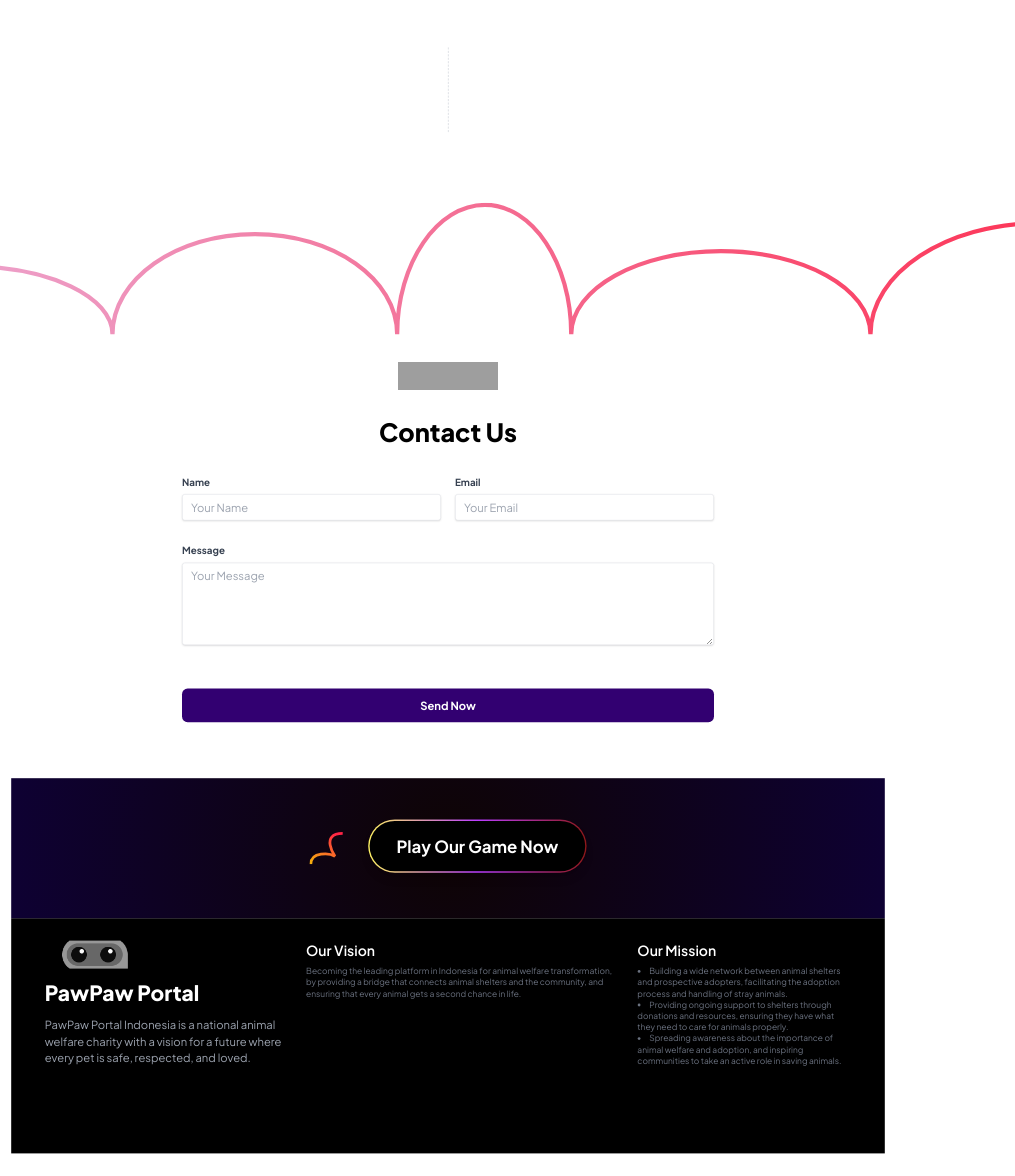
Repository: paskasiregar/pawpawwebsite
Page: /
An editor plug-in stored every save of this project. The page is shown before and after the next save, followed by the edit.
The browser window is 1280 px wide. The page is 1450 px wide, so the pictures cover 1450 px, including what lies to the right of the window. The pictures show the part of the page from y = 1554 to 3234 px (the page is 3234 px tall), at 70% of full size.
Pictures or frames that could not be fetched are drawn as grey boxes. The project was rebuilt for these pictures with package versions that can differ from the ones it lists, and the page was loaded fresh each time. The framework's server and built-in components were replaced by stand-ins that run in the browser. Also part of the build but not shown: next.config.js, next.config.mjs.

Above is the page before, as saved 2024-07-30 20:34:14.

### src/app/globals.css
@import url("https://fonts.googleapis.com/css2?family=Plus+Jakarta+Sans:wght@400;600;700;800&display=swap");

@tailwind base;
@tailwind components;
@tailwind utilities;

body {
  font-family: "Plus Jakarta Sans", sans-serif;
}

.hero-bg {
  display: flex;
  background: radial-gradient(
    circle,
    rgb(204, 188, 230) 10%,
    rgb(255, 255, 255) 50%
  );
}

.cta-container {
  display: flex;
  justify-content: center;
  align-items: center;
  position: relative;
  background: radial-gradient(circle, rgb(14, 4, 4) 0%, rgb(14, 1, 51) 100%);
  padding: 20px;
  gap: 20px;
  min-height: 200px;
}

.cta-button {
  display: inline-block;
  padding: 20px 40px;
  font-size: 24px;
  font-weight: bold;
  color: white;
  background: black;
  border-radius: 40px;
  position: relative;
  z-index: 1;
  overflow: hidden;
  transition: all 0.3s ease;
  text-align: center;
}

.cta-button::before {
  content: "";
  position: absolute;
  top: -2px;
  left: -2px;
  right: -2px;
  bottom: -2px;
  background: linear-gradient(
    90deg,
    rgb(255, 244, 97) 0%,
    rgb(187, 61, 255) 50%,
    rgb(142, 23, 23) 100%
  );
  z-index: -1;
  border-radius: inherit;
}

.cta-button::after {
  content: "";
  position: absolute;
  top: 2px;
  left: 2px;
  right: 2px;
  bottom: 2px;
  background: black;
  z-index: -1;
  border-radius: inherit;
}

.cta-button:hover {
  color: rgb(237, 246, 133);
  background: white;
}

.footer-bg {
  background: radial-gradient(circle, rgb(14, 4, 4) 0%, rgb(14, 1, 51) 100%);
  color: white;
  text-align: center;
  padding: 20px;
}

.centeredcontainer {
  width: 100vw;
  height: auto;
}

.main-container {
  width: 100%;
  max-width: 1200px;
  margin: 0 auto;
  padding: 0 20px;
}
.header-content {
  display: flex;
  flex-direction: row;
  align-items: center;
  justify-content: space-between;
}

.header-logo-button {
  display: flex;
  flex-direction: row;
  align-items: center;
  gap: 16px; /* Adjust spacing as needed */
}

### src/components/contact.jsx
import React from "react";
import PrimaryButton from "@/components/primaryButton";
import NameInput from "./nameInput";
import EmailInput from "./emailInput";
import MessageInput from "./mesageInput";

export const Contact = () => {
  return (
    <div className="font-plus-jakarta flex flex-col items-center justify-center py-16 px-4 md:px-[200px] gap-[40px] text-29xl">
      <div className="flex justify-start items-start">
        <svg
          width="1620"
          height="188"
          viewBox="0 0 1620 188"
          fill="none"
          xmlns="http://www.w3.org/2000/svg"
        >
          <path
            d="M1891 188C1891 100.375 1784.67 29.342 1653.5 29.342C1522.34 29.342 1413.53 100.375 1413.53 188C1413.53 122.37 1317.84 69.158 1199.78 69.158C1081.72 69.158 986.029 122.362 986.029 188C986.029 85.8274 930.825 3 862.735 3C794.645 3 737.369 85.8274 737.369 188C737.369 108.853 646.33 44.6865 534.029 44.6865C421.728 44.6865 330.689 108.853 330.689 188C330.689 134.381 239.649 90.9105 127.349 90.9105C15.0481 90.9105 -76 134.381 -76 188"
            stroke="url(#paint0_linear_545_35799)"
            stroke-width="6"
            stroke-miterlimit="10"
            stroke-linejoin="bevel"
          />
          <defs>
            <linearGradient
              id="paint0_linear_545_35799"
              x1="-84.5283"
              y1="91.1699"
              x2="1899.52"
              y2="91.1699"
              gradientUnits="userSpaceOnUse"
            >
              <stop offset="0.0224" stop-color="#EBADD7" />
              <stop offset="1" stop-color="#FF2445" />
            </linearGradient>
          </defs>
        </svg>
      </div>
      <img
        className="w-36 h-10 object-cover"
        alt="Logo"
        src="https://i.ibb.co.com/wyKQbSt/banner-10.png"
      />
      <div className="flex justify-center text-4xl font-extrabold space-y-4">
        Contact Us
      </div>
      <div className="w-full flex flex-col items-start gap-[16px] text-base text-light-l800 font-regular-reg-2">
        <div className="w-full flex flex-col md:flex-row gap-[20px]">
          <div className="w-full md:w-1/2">
            <NameInput className="w-full" />
          </div>
          <div className="w-full md:w-1/2">
            <EmailInput className="w-full" />
          </div>
        </div>
        <div className="w-full">
          <MessageInput className="w-full" />
        </div>
      </div>
      <PrimaryButton>Send Now</PrimaryButton>
    </div>
  );
};

export default Contact;

### src/components/divider.jsx
export const Divider = () => {
  return (
    <div className="self-stretch h-[195px] flex flex-row items-center justify-center py-16 px-[130px] box-border">
      <div className="w-px relative box-border h-[121px] border-r-[1px] border-dashed border-gray-300" />
    </div>
  );
};

### src/components/footer.jsx
import Link from "next/link";
import React from "react";
import Image from "next/image";
import logoFooterImage from "../assets/inverse.png";

export const Footer = () => {
  return (
    <div className="font-plus-jakarta w-full flex bg-black">
      <div className="font-plus-jakarta w-full flex flex-col items-center bg-black py-8 px-4">
        <div className="max-w-6xl w-full mx-auto space-y-6">
          {/* Footer Header */}
          <div className="flex flex-col md:flex-row items-center md:items-start md:justify-between mb-6">
            <div className="space-y-4">
              <Image
                className="w-36 h-10 object-cover"
                alt="Logo"
                src={logoFooterImage}
                width={80}
                height={80}
              />
              <div className="space-y-4">
                <div className="text-white text-3xl font-extrabold">
                  PawPaw Portal
                </div>
                <p className="text-med text-gray-400">
                  PawPaw Portal Indonesia is a national animal welfare charity
                  with a vision for a future where every pet is safe, respected,
                  and loved.
                </p>
              </div>
            </div>

            {/* Vision and Mission */}
            <div className="flex flex-col md:flex-row mt-4 md:mt-0 space-y-4 md:space-y-0 md:space-x-8">
              <div className="space-y-2">
                <div className="font-semibold text-xl text-white">
                  Our Vision
                </div>
                <div className="text-xs text-gray-500">
                  Becoming the leading platform in Indonesia for animal welfare
                  transformation, by providing a bridge that connects animal
                  shelters and the community, and ensuring that every animal
                  gets a second chance in life.
                </div>
              </div>
              <div className="space-y-2">
                <div className="font-semibold text-xl text-white">
                  Our Mission
                </div>
                <div className="text-xs text-gray-500">
                  <ol className="list-inside list-disc">
                    <li>
                      Building a wide network between animal shelters and
                      prospective adopters, facilitating the adoption process
                      and handling of stray animals.
                    </li>
                    <li>
                      Providing ongoing support to shelters through donations
                      and resources, ensuring they have what they need to care
                      for animals properly.
                    </li>
                    <li>
                      Spreading awareness about the importance of animal welfare
                      and adoption, and inspiring communities to take an active
                      role in saving animals.
                    </li>
                  </ol>
                </div>
              </div>
            </div>
          </div>
          {/* social media */}
          <div className="text-xl font-semibold mb-4">Stay in touch</div>
          <div className="flex space-x-4">
            <Link href="https://www.instagram.com/pawpawportal">
              <svg
                xmlns="http://www.w3.org/2000/svg"
                width="1em"
                height="1em"
                viewBox="0 0 24 24"
              >
                <path
                  fill="currentColor"
                  d="M17.34 5.46a1.2 1.2 0 1 0 1.2 1.2a1.2 1.2 0 0 0-1.2-1.2m4.6 2.42a7.59 7.59 0 0 0-.46-2.43a4.94 4.94 0 0 0-1.16-1.77a4.7 4.7 0 0 0-1.77-1.15a7.3 7.3 0 0 0-2.43-.47C15.06 2 14.72 2 12 2s-3.06 0-4.12.06a7.3 7.3 0 0 0-2.43.47a4.78 4.78 0 0 0-1.77 1.15a4.7 4.7 0 0 0-1.15 1.77a7.3 7.3 0 0 0-.47 2.43C2 8.94 2 9.28 2 12s0 3.06.06 4.12a7.3 7.3 0 0 0 .47 2.43a4.7 4.7 0 0 0 1.15 1.77a4.78 4.78 0 0 0 1.77 1.15a7.3 7.3 0 0 0 2.43.47C8.94 22 9.28 22 12 22s3.06 0 4.12-.06a7.3 7.3 0 0 0 2.43-.47a4.7 4.7 0 0 0 1.77-1.15a4.85 4.85 0 0 0 1.16-1.77a7.59 7.59 0 0 0 .46-2.43c0-1.06.06-1.4.06-4.12s0-3.06-.06-4.12M20.14 16a5.61 5.61 0 0 1-.34 1.86a3.06 3.06 0 0 1-.75 1.15a3.19 3.19 0 0 1-1.15.75a5.61 5.61 0 0 1-1.86.34c-1 .05-1.37.06-4 .06s-3 0-4-.06a5.73 5.73 0 0 1-1.94-.3a3.27 3.27 0 0 1-1.1-.75a3 3 0 0 1-.74-1.15a5.54 5.54 0 0 1-.4-1.9c0-1-.06-1.37-.06-4s0-3 .06-4a5.54 5.54 0 0 1 .35-1.9A3 3 0 0 1 5 5a3.14 3.14 0 0 1 1.1-.8A5.73 5.73 0 0 1 8 3.86c1 0 1.37-.06 4-.06s3 0 4 .06a5.61 5.61 0 0 1 1.86.34a3.06 3.06 0 0 1 1.19.8a3.06 3.06 0 0 1 .75 1.1a5.61 5.61 0 0 1 .34 1.9c.05 1 .06 1.37.06 4s-.01 3-.06 4M12 6.87A5.13 5.13 0 1 0 17.14 12A5.12 5.12 0 0 0 12 6.87m0 8.46A3.33 3.33 0 1 1 15.33 12A3.33 3.33 0 0 1 12 15.33"
                />
              </svg>
            </Link>
            <Link href="https://twitter.com/pawpawportal">
              <svg
                xmlns="http://www.w3.org/2000/svg"
                width="1em"
                height="1em"
                viewBox="0 0 24 24"
              >
                <g fill="currentColor">
                  <path d="M1 2h2.5L3.5 2h-2.5z">
                    <animate
                      fill="freeze"
                      attributeName="d"
                      dur="0.4s"
                      values="M1 2h2.5L3.5 2h-2.5z;M1 2h2.5L18.5 22h-2.5z"
                    />
                  </path>
                  <path d="M5.5 2h2.5L7.2 2h-2.5z">
                    <animate
                      fill="freeze"
                      attributeName="d"
                      dur="0.4s"
                      values="M5.5 2h2.5L7.2 2h-2.5z;M5.5 2h2.5L23 22h-2.5z"
                    />
                  </path>
                  <path d="M3 2h5v0h-5z" opacity="0">
                    <set attributeName="opacity" begin="0.4s" to="1" />
                    <animate
                      fill="freeze"
                      attributeName="d"
                      begin="0.4s"
                      dur="0.4s"
                      values="M3 2h5v0h-5z;M3 2h5v2h-5z"
                    />
                  </path>
                  <path d="M16 22h5v0h-5z" opacity="0">
                    <set attributeName="opacity" begin="0.4s" to="1" />
                    <animate
                      fill="freeze"
                      attributeName="d"
                      begin="0.4s"
                      dur="0.4s"
                      values="M16 22h5v0h-5z;M16 22h5v-2h-5z"
                    />
                  </path>
                  <path d="M18.5 2h3.5L22 2h-3.5z" opacity="0">
                    <set attributeName="opacity" begin="0.5s" to="1" />
                    <animate
                      fill="freeze"
                      attributeName="d"
                      begin="0.5s"
                      dur="0.4s"
                      values="M18.5 2h3.5L22 2h-3.5z;M18.5 2h3.5L5 22h-3.5z"
                    />
                  </path>
                </g>
              </svg>
            </Link>
            <Link href="https://www.linkedin.com/company/pawpawportal">
              <svg
                xmlns="http://www.w3.org/2000/svg"
                width="1em"
                height="1em"
                viewBox="0 0 24 24"
              >
                <path
                  fill="currentColor"
                  d="M20.47 2H3.53a1.45 1.45 0 0 0-1.47 1.43v17.14A1.45 1.45 0 0 0 3.53 22h16.94a1.45 1.45 0 0 0 1.47-1.43V3.43A1.45 1.45 0 0 0 20.47 2M8.09 18.74h-3v-9h3ZM6.59 8.48a1.56 1.56 0 1 1 0-3.12a1.57 1.57 0 1 1 0 3.12m12.32 10.26h-3v-4.83c0-1.21-.43-2-1.52-2A1.65 1.65 0 0 0 12.85 13a2 2 0 0 0-.1.73v5h-3v-9h3V11a3 3 0 0 1 2.71-1.5c2 0 3.45 1.29 3.45 4.06Z"
                />
              </svg>
            </Link>
          </div>
        </div>
      </div>
    </div>
  );
};

export default Footer;

### src/components/header.jsx
import Link from "next/link";
import PrimaryButton from "@/components/primaryButton";
import React from "react";
import Image from "next/image";
import logoHeaderImage from "../assets/banner-10.png";

export const Header = () => {
  return (
    <div className="font-plus-jakarta w-full flex flex-col items-center justify-center text-left text-gray-500">
      <div className="self-stretch bg-white flex flex-col items-center justify-center text-sm">
        <div className="w-full header-content p-2.5 box-border">
          <Link href="/">
            <Image
              className="w-36 h-10 object-cover"
              alt="Logo"
              src={logoHeaderImage}
              width={120}
              height={20}
            />
          </Link>
          <div className="hidden md:flex flex-row items-center justify-center gap-8">
            <div className="relative">How It Works</div>
            <div className="relative">About Us</div>
          </div>
          <div className="header-logo-button">
            <PrimaryButton>Be Our Hero Today!</PrimaryButton>
          </div>
        </div>
      </div>
    </div>
  );
};

export default Header;

### src/components/CTA.jsx
import React from "react";
import Link from "next/link";

const CTA = () => {
  return (
    <div className="cta-container font-plus-jakarta p-4 md:p-8 flex flex-col md:flex-row items-center justify-center">
      <svg
        className="cta-decoration mb-4 md:mb-0 md:mr-4"
        width="48"
        height="46"
        viewBox="0 0 48 46"
        fill="none"
        xmlns="http://www.w3.org/2000/svg"
      >
        <path
          d="M2 46C2 27.296 29.551 30.0086 36.5736 34.5625C36.5736 34.5625 14.4611 2 47.5714 2"
          stroke="url(#cta_gradient)"
          strokeWidth="3.92857"
          strokeMiterlimit="10"
          strokeLinejoin="bevel"
        />
        <defs>
          <linearGradient
            id="cta_gradient"
            x1="37.3571"
            y1="2"
            x2="7.5"
            y2="46"
            gradientUnits="userSpaceOnUse"
          >
            <stop stopColor="#FF2445" />
            <stop offset="1" stopColor="#F5AB0E" />
          </linearGradient>
        </defs>
      </svg>
      <Link href="/game">
        <div className="cta-button text-center bg-gradient-to-r from-orange-500 to-pink-500 text-white font-bold py-2 px-4 rounded-lg shadow-lg cursor-pointer">
          Play Our Game Now
        </div>
      </Link>
    </div>
  );
};

export default CTA;

### src/components/primaryButton.jsx
import React from "react";

const PrimaryButton = ({ children, onClick }) => {
  return (
    <button
      className="self-stretch  bg-inherit-320071 hover:bg-blue-700 text-white font-bold px-4 py-3 rounded-lg"
      onClick={onClick}
    >
      {children}
    </button>
  );
};

export default PrimaryButton;

### src/components/secButton.jsx
import React from "react";

const SecButton = ({ children, onClick }) => {
  return (
    <button
      className="bg-gray-500 hover:bg-gray-700 text-white font-bold py-2 px-4 rounded-lg"
      onClick={onClick}
    >
      {children}
    </button>
  );
};

export default SecButton;

### src/components/nameInput.jsx
import React from "react";

const NameInput = ({ value, onChange }) => {
  return (
    <div className="mb-4">
      <label
        className="block text-gray-700 text-sm font-bold mb-2"
        htmlFor="name"
      >
        Name
      </label>
      <input
        id="name"
        type="text"
        value={value}
        onChange={onChange}
        className="shadow appearance-none border rounded w-full py-2 px-3 text-gray-700 leading-tight focus:outline-none focus:shadow-outline"
        placeholder="Your Name"
      />
    </div>
  );
};

export default NameInput;

### src/components/emailInput.jsx
import React from "react";

const EmailInput = ({ value, onChange }) => {
  return (
    <div className="mb-4">
      <label
        className="block text-gray-700 text-sm font-bold mb-2"
        htmlFor="email"
      >
        Email
      </label>
      <input
        id="email"
        type="email"
        value={value}
        onChange={onChange}
        className="shadow appearance-none border rounded w-full py-2 px-3 text-gray-700 leading-tight focus:outline-none focus:shadow-outline"
        placeholder="Your Email"
      />
    </div>
  );
};

export default EmailInput;

### src/components/mesageInput.jsx
import React from "react";

const MessageInput = ({ value, onChange }) => {
  return (
    <div className="mb-4">
      <label
        className="block text-gray-700 text-sm font-bold mb-2"
        htmlFor="message"
      >
        Message
      </label>
      <textarea
        id="message"
        value={value}
        onChange={onChange}
        className="shadow appearance-none border rounded w-full py-2 px-3 text-gray-700 leading-tight focus:outline-none focus:shadow-outline"
        placeholder="Your Message"
        rows="5"
      />
    </div>
  );
};

export default MessageInput;

Loaded but not shown: src/app/layout.js (common file); src/app/page.js (121 lines, source omitted); tailwind.config.js (24 lines, source omitted); src/components/hero.jsx (211 lines, source omitted)

After the next save:
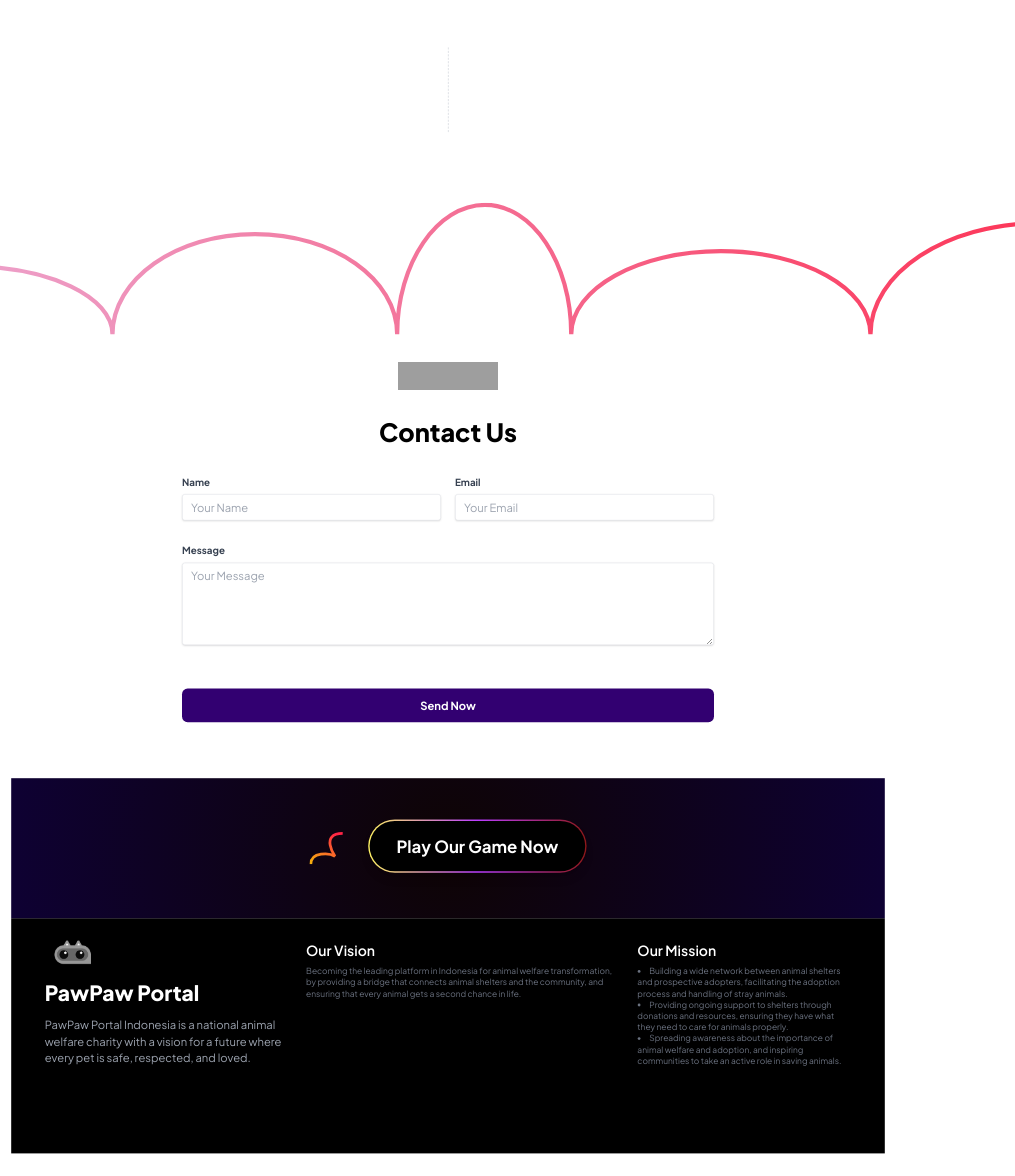
Saved 19 s later.
--- a/src/components/footer.jsx
+++ b/src/components/footer.jsx
@@ -12,7 +12,7 @@ export const Footer = () => {
           <div className="flex flex-col md:flex-row items-center md:items-start md:justify-between mb-6">
             <div className="space-y-4">
               <Image
-                className="w-36 h-10 object-cover"
+                className="w-20 h-10 object-cover"
                 alt="Logo"
                 src={logoFooterImage}
                 width={80}
